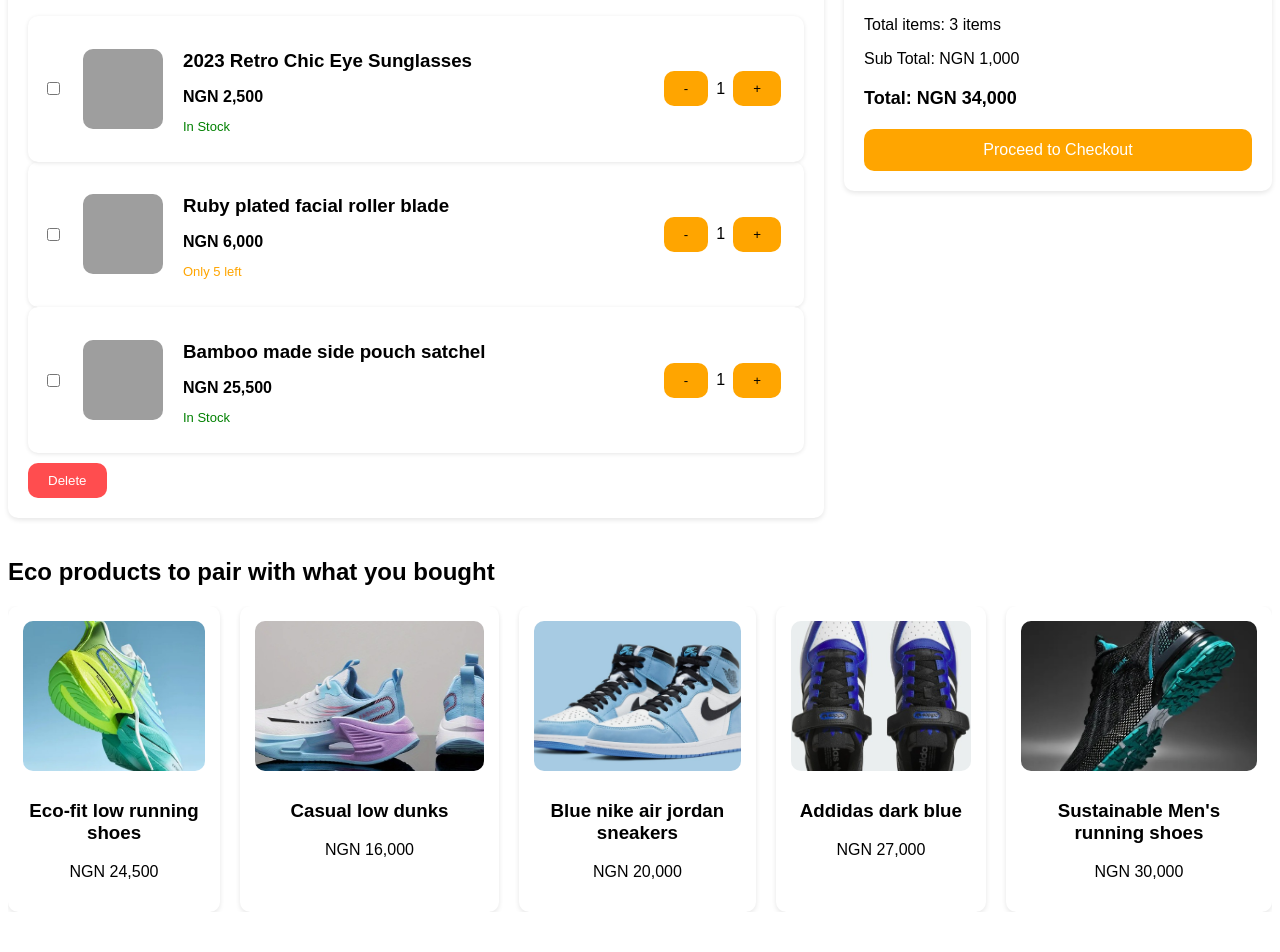
Repository: Femi007-gh/e-commerce
Page: index.html
An editor plug-in stored every save of this project. The page is shown before and after the next save, followed by the edit.
The browser window is 1280 px wide. The pictures show the part of the page from y = 778 to 1730 px (the page is 1730 px tall).
Pictures or frames that could not be fetched are drawn as grey boxes. A picture or video elsewhere on the page could not be fetched, so the positions and the page height are approximate.

Above is the page before, as saved 2025-04-29 09:30:58.

After the next save:
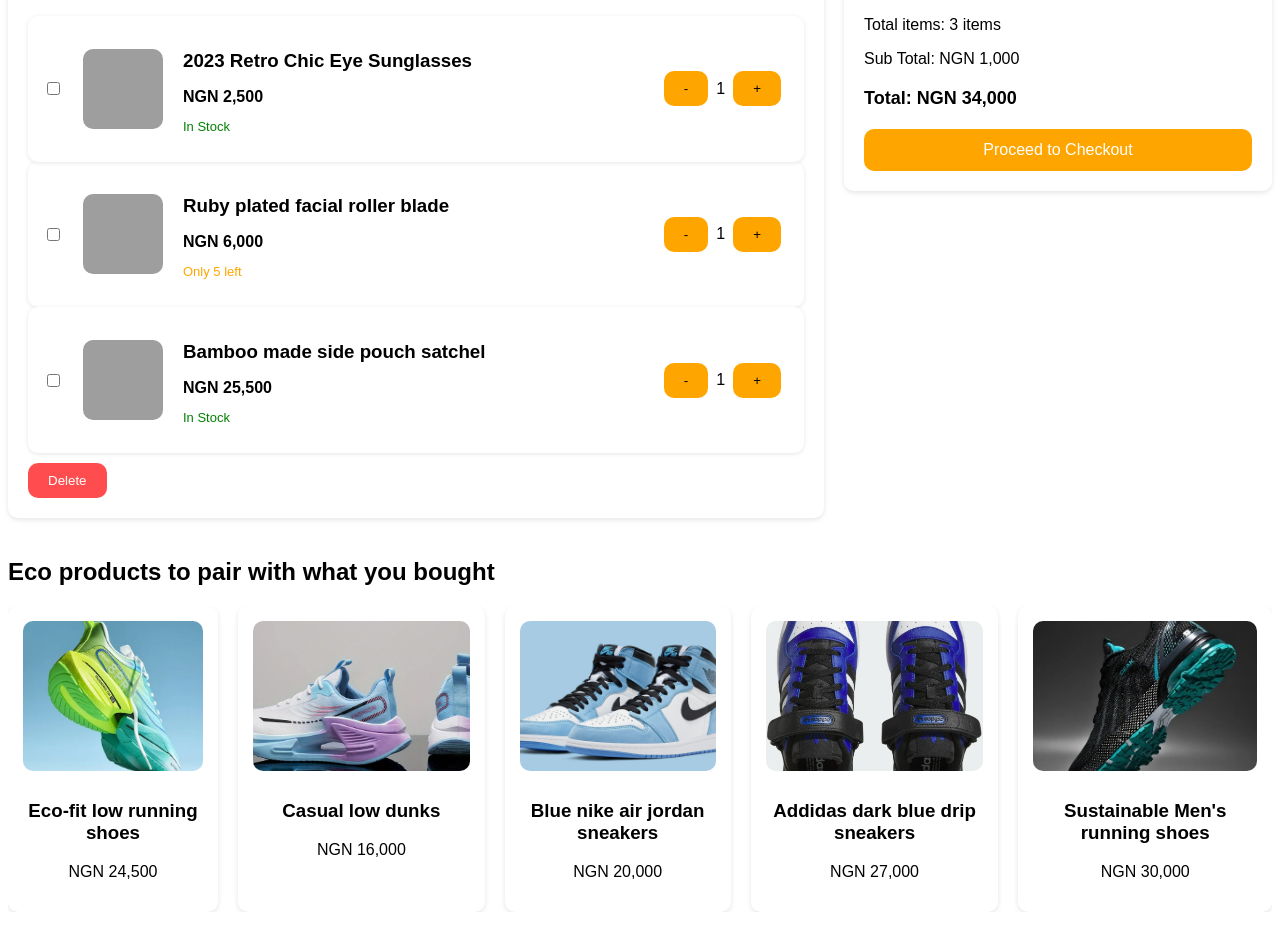
Saved 7 s later.
--- a/index.html
+++ b/index.html
@@ -135,7 +135,7 @@
     </div>
     <div class="product">
       <img src="adidas.jpg" alt="White Love themed bamboo high tops">
-      <h3>Addidas dark blue </h3>
+      <h3>Addidas dark blue drip sneakers</h3>
       <p>NGN 27,000</p>
     </div>
     <div class="product">
